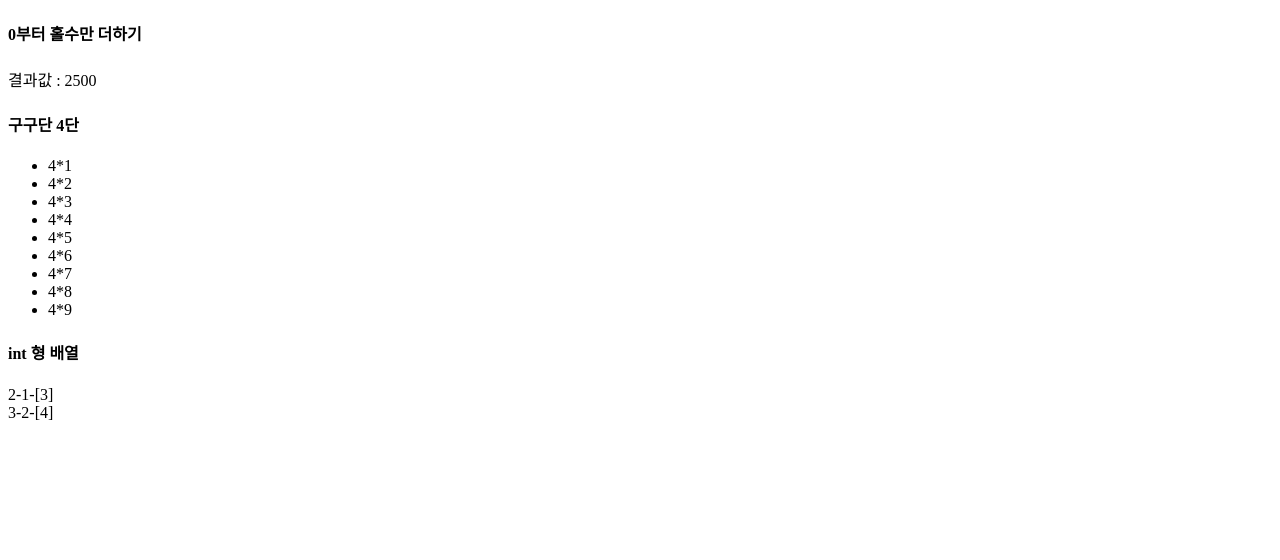
Repository: LeeHyukJe/LHJ
Page: http://localhost/mybbs/chap12/user_forEach_tag.jsp
The author's editor kept a copy of each file at every save. The page is drawn from the files as they stood at one save, then again after the next save.
The browser window is 1280 px wide. The pictures show the whole page.
The page is served by Tomcat 9.

Above is the page before, as saved 2017-09-27 03:41:58.

After the next save:
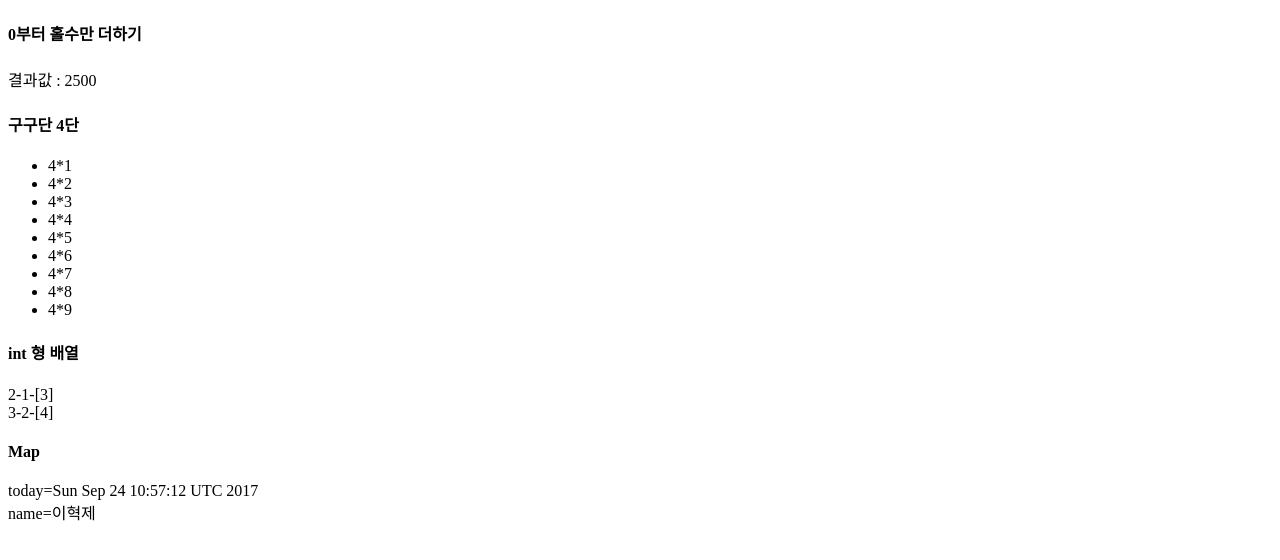
Saved 8 min 15 s later.
--- a/mybbs/WebContent/chap12/user_forEach_tag.jsp
+++ b/mybbs/WebContent/chap12/user_forEach_tag.jsp
@@ -35,5 +35,10 @@
 	<c:forEach var="i" items="${intArray }" begin="2" end="4" varStatus="status">
 		${status.index }-${status.count }-[${i }]<br>
 	</c:forEach>
+
+	<h4>Map</h4>
+	<c:forEach var="i" items="${map }">
+		${i.key }=${i.value }<br>
+	</c:forEach>
 </body>
 </html>
